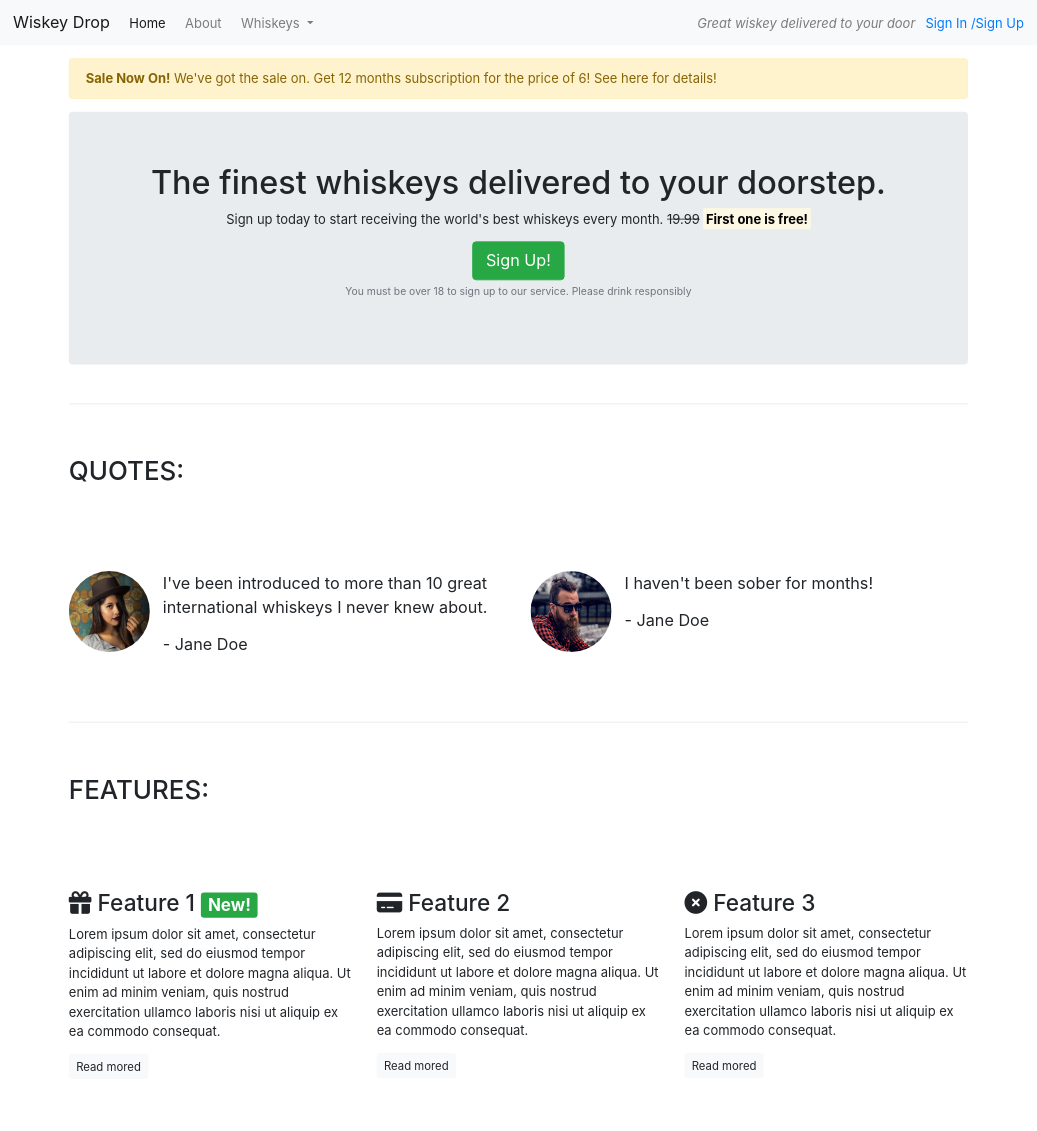
Repository: manub7/bootstrap4-mobile-first
Page: index.html
The author's editor kept a record of every edit. The page is drawn from the files as they stood at one moment, then again after the next edit.
The browser window is 1280 px wide. The pictures show the whole page, at 81% of full size.
Some web libraries are served in a nearby version.

Above is the page before.

### index.html
<!DOCTYPE html>
<html lang="en-us">

<head>
    <meta charset="utf-8">
    <meta name="viewport" content="width=device-width, initial-scale=1.0">
    <title>Whiskey Drop | Taste a new whiskey every month</title>
    <link rel="stylesheet" href="https://maxcdn.bootstrapcdn.com/bootstrap/4.1.3/css/bootstrap.min.css">
    <link rel="stylesheet" href="https://stackpath.bootstrapcdn.com/bootstrap/4.4.1/css/bootstrap.min.css" integrity="sha384-Vkoo8x4CGsO3+Hhxv8T/Q5PaXtkKtu6ug5TOeNV6gBiFeWPGFN9MuhOf23Q9Ifjh" crossorigin="anonymous">
    <script src="https://kit.fontawesome.com/0c0aa31012.js" crossorigin="anonymous"></script>
</head>

<body>
    <nav class="navbar navbar-light bg-light navbar-expand-sm ">

        <a href="/" class="navbar-brand">Wiskey Drop</a>
        <button class="navbar-toggler ml-auto" type="button" data-toggle="collapse" data-target="#navbarNavDropdown" aria-controls="navbarNavDropdown" aria-expanded="false" aria-label="Toggle navigation">
        <span class="navbar-toggler-icon"></span></button>

        <div class="collapse navbar-collapse" id="navbarNavDropdown">
            <ul class="navbar-nav mr-auto">
                <li class="active nav-item mr-2"><a class="nav-link" href="/">Home</a></li>
                <li class="nav-item mr-2"><a class="nav-link" href="/about">About</a></li>
                <li class="nav-item dropdown">
                    <a class="nav-link dropdown-toggle" href="#" id="navbarDropdownMenuLink" role="button" data-toggle="dropdown" aria-haspopup="true" aria-expanded="false">
            Whiskeys
        </a>
                    <div class="dropdown-menu" aria-labelledby="navbarDropdownMenuLink">
                        <a class="dropdown-item" href="#">Irish</a>
                        <a class="dropdown-item" href="#">Scotch</a>
                        <a class="dropdown-item" href="#">Japanese</a>
                        <a class="dropdown-item" href="#">American</a>
                    </div>
                </li>

                <li class="nav-item mr-2 d-block d-sm-none"><a class="nav-link" href="">Sign In / Sign Up</a></li>
            </ul>
        </div>

        <div class="d-none d-md-block">
            <p class="navbar-text my-auto mr-2"><i>Great wiskey delivered to your door</i></p>
            <a href="/login">Sign In /Sign Up</a>

        </div>

    </nav>
    <article class="container mt-3">
        <div class="row d-none d-sm-block">
            <div class="col-12">
                <div class="alert alert-warning">
                    <strong>Sale Now On!</strong> We've got the sale on. Get 12 months subscription for the price of 6!
                    <a ref="">See here for details!</a>
                </div>
            </div>
        </div>
        <!-- Callout -->
        <div class="row">
            <div class="col-12">
                <section class="callout jumbotron text-center">
                    <h1>The finest whiskeys delivered to your doorstep.</h1>
                    <p clas="lead">Sign up today to start receiving the world's best whiskeys every month.
                        <s class="d-none d-sm-inline">19.99</s>
                        <span class="d-inline d-sm-none"><br></span>
                        <strong><mark> First one is free!</mark></strong></p>
                    <button class="btn btn-success btn-lg" data-toggle="modal" data-target="SignupModal">Sign Up!</button>
                    <p class="text-muted"><small> You must be over 18 to sign up to our service. Please drink responsibly </small></p>
                </section>
            </div>
        </div>

        <!-- /.callout -->
        <hr>

        <!-- Quotes -->
        <section class="quotes">
            <div class="row">
                <div class="col-12 my-5">
                    <h2 class="text-uppercase">Quotes:</h2>
                </div>
            </div>
            <div class="row">
                <div class="col-12 col-md-6 my-5">
                    <div class="media">
                        <div class="d-none d-sm-block">
                            <img src="images/girl-image.png" class="rounded-circle  mr-3" height=100 width=100>
                        </div>
                        <div class="media-body">
                            <blockquote class="blockquote">
                                <p>I've been introduced to more than 10 great international whiskeys I never knew about.</p>
                                <p>- Jane Doe</p>
                            </blockquote>
                        </div>
                    </div>
                </div>

                <div class="col-12 col-md-6 my-5">
                    <div class="media">
                        <div class="d-none d-sm-block">
                            <img src="images/guy-image.png" class="rounded-circle mr-3" height=100 width=100>
                        </div>
                        <div class="media-body">
                            <blockquote class="blockquote">
                                <p>I haven't been sober for months!</p>
                                <p>- Jane Doe</p>
                                </blockquotes>
                        </div>
                    </div>
                </div>
            </div>

        </section>
        <!-- /.quotes -->
        <hr>

        <!-- Features -->
        <section class="features">
            <div class="row">
                <div class="col-12 my-5">
                    <h2 class="text-uppercase">Features:</h2>
                </div>
            </div>

            <div class="row">
                <div class="col-12 col-md-6 col-lg-4 my-5">
                    <div class="feature">
                        <h3><i class="fas fa-gift d-none d-sm-inline"></i> Feature 1 <span class="badge badge-success">New!</span></h3>
                        <p>Lorem ipsum dolor sit amet, consectetur adipiscing elit, sed do eiusmod tempor incididunt ut labore et dolore magna aliqua. Ut enim ad minim veniam, quis nostrud exercitation ullamco laboris nisi ut aliquip ex ea commodo consequat.</p>
                        <p><a class="btn btn-sm btn-light">Read mored</a></p>
                    </div>
                </div>


                <div class="col-12 col-md-6 col-lg-4 my-5">
                    <div class="feature">
                        <h3><i class="fas fa-credit-card d-none d-sm-inline"></i> Feature 2</h3>
                        <p>Lorem ipsum dolor sit amet, consectetur adipiscing elit, sed do eiusmod tempor incididunt ut labore et dolore magna aliqua. Ut enim ad minim veniam, quis nostrud exercitation ullamco laboris nisi ut aliquip ex ea commodo consequat.</p>
                        <p><a class="btn btn-sm btn-light">Read mored</a></p>
                    </div>
                </div>


                <div class="col-12 d-md-none d-lg-block col-lg-4 my-5">
                    <div class="feature">
                        <h3><i class="fas fa-times-circle d-none d-sm-inline"></i> Feature 3</h3>
                        <p>Lorem ipsum dolor sit amet, consectetur adipiscing elit, sed do eiusmod tempor incididunt ut labore et dolore magna aliqua. Ut enim ad minim veniam, quis nostrud exercitation ullamco laboris nisi ut aliquip ex ea commodo consequat.</p>
                        <p><a class="btn btn-sm btn-light">Read mored</a></p>
                    </div>
                </div>
            </div>

        </section>
        <!-- /.features -->
    </article>

    <!-- /Modla dialog -->

     <div class="modal" tabindex="-1" role="dialog" id="signUpModal">
        <div class="modal-dialog" role="document">
            <div class="modal-content">
                <div class="modal-header">
                    <h5 class="modal-title">Sign Up To Whiskey Drop!</h5>
                    <button type="button" class="close" data-dismiss="modal" aria-label="Close">
          <span aria-hidden="true">&times;</span>
        </button>
                </div>
                <div class="modal-body">
                    <form>
                        <div class="form-group">
                            <label for="exampleInputEmail1">Email address</label>
                            <input type="email" class="form-control" id="exampleInputEmail1" aria-describedby="emailHelp" placeholder="Enter email">
                            <small id="emailHelp" class="form-text text-muted">We'll never share your email with anyone else.</small>
                        </div>
                        <div class="form-group">
                            <label for="password">Password</label>
                            <input type="password" class="form-control" id="password" placeholder="Password">
                        </div>
                        <div class="form-group">
                            <label for="repeatPassword">Repeat Password</label>
                            <input type="password" class="form-control" id="repeatPassword" placeholder="Repeat Password">
                        </div>
                        <button type="submit" class="btn btn-success">Submit</button>
                    </form>
                </div>
            </div>
        </div>
    </div>


    <script src="https://code.jquery.com/jquery-3.4.1.slim.min.js" integrity="sha384-J6qa4849blE2+poT4WnyKhv5vZF5SrPo0iEjwBvKU7imGFAV0wwj1yYfoRSJoZ+n" crossorigin="anonymous"></script>
    <script src="https://cdn.jsdelivr.net/npm/popper.js@1.16.0/dist/umd/popper.min.js" integrity="sha384-Q6E9RHvbIyZFJoft+2mJbHaEWldlvI9IOYy5n3zV9zzTtmI3UksdQRVvoxMfooAo" crossorigin="anonymous"></script>
    <script src="https://stackpath.bootstrapcdn.com/bootstrap/4.4.1/js/bootstrap.min.js" integrity="sha384-wfSDF2E50Y2D1uUdj0O3uMBJnjuUD4Ih7YwaYd1iqfktj0Uod8GCExl3Og8ifwB6" crossorigin="anonymous"></script>
</body>

</html>

After the next edit:
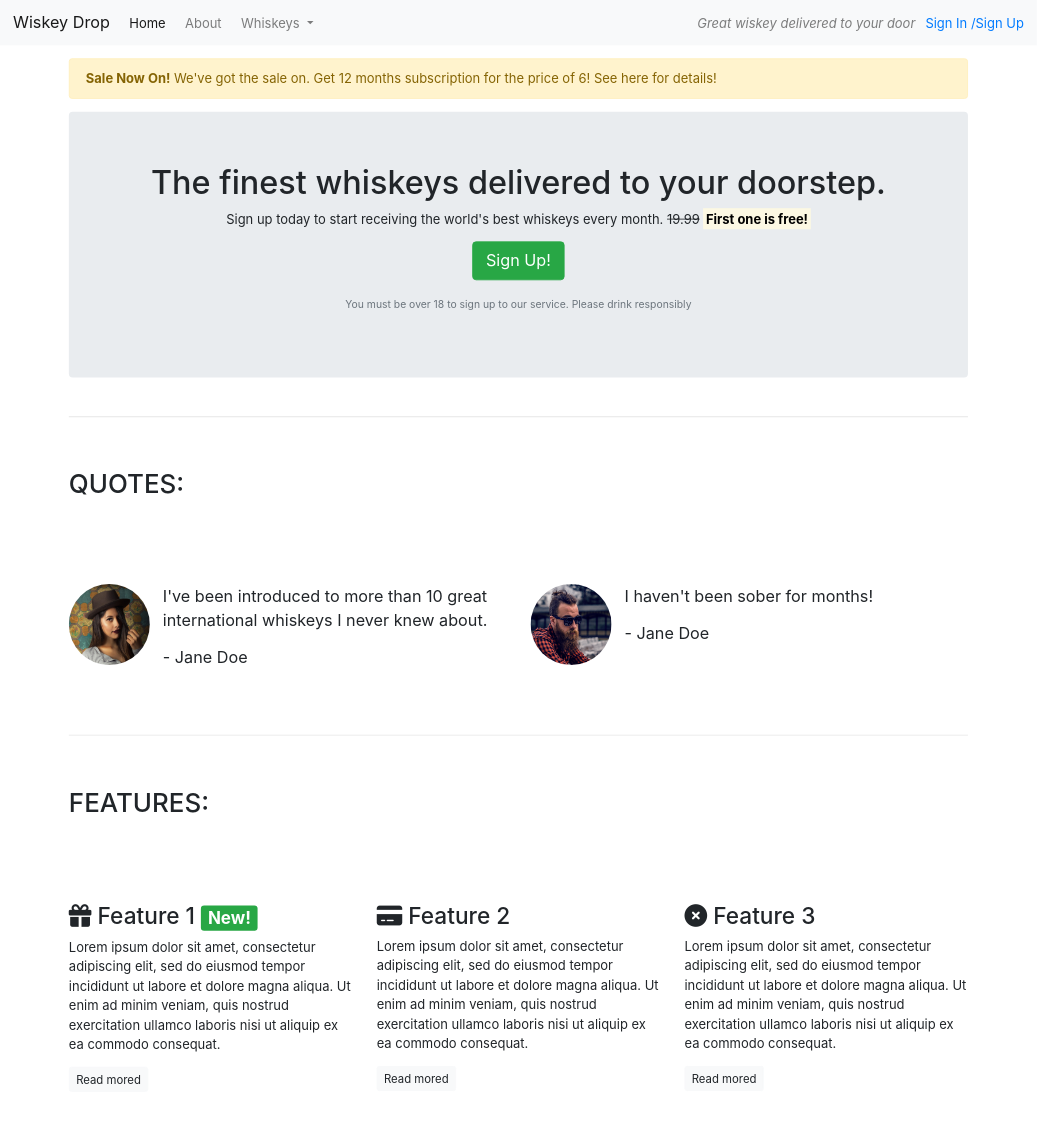
The edit:
--- a/index.html
+++ b/index.html
@@ -62,7 +62,7 @@
                         <s class="d-none d-sm-inline">19.99</s>
                         <span class="d-inline d-sm-none"><br></span>
                         <strong><mark> First one is free!</mark></strong></p>
-                    <button class="btn btn-success btn-lg" data-toggle="modal" data-target="SignupModal">Sign Up!</button>
+                    <p><button class="btn btn-lg btn-success" data-toggle="modal" data-target="#signUpModal">Sign Up!</button></p>
                     <p class="text-muted"><small> You must be over 18 to sign up to our service. Please drink responsibly </small></p>
                 </section>
             </div>
